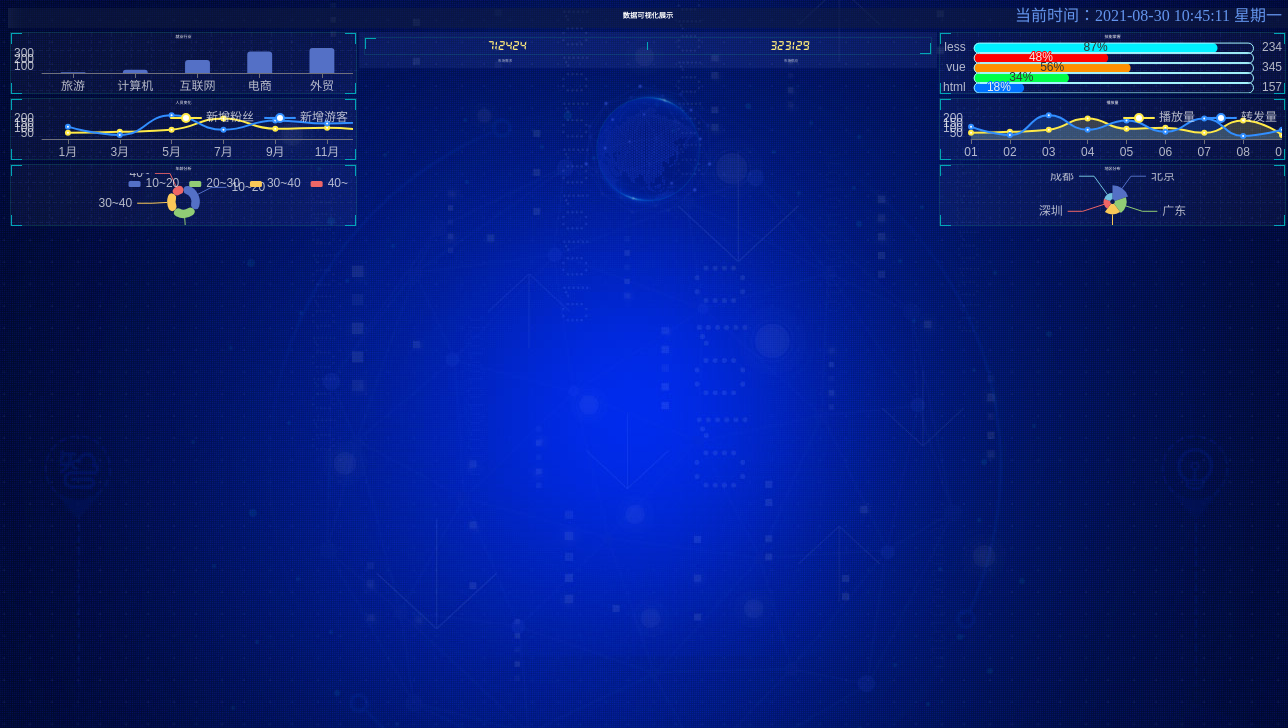
Repository: jiang-1990/DataVM
Page: /
These files come from the project's save history. The page is drawn as it stood at one moment and after the next save; the edit follows.
The browser window is 1280 px wide. The page is 1288 px wide, so the pictures cover 1288 px, including what lies to the right of the window. The pictures show the whole page.
The project was rebuilt for these pictures with package versions that can differ from the ones it lists, and the page was loaded fresh each time.

Above is the page before, as saved 2021-08-30 11:25:47.

After the next save:
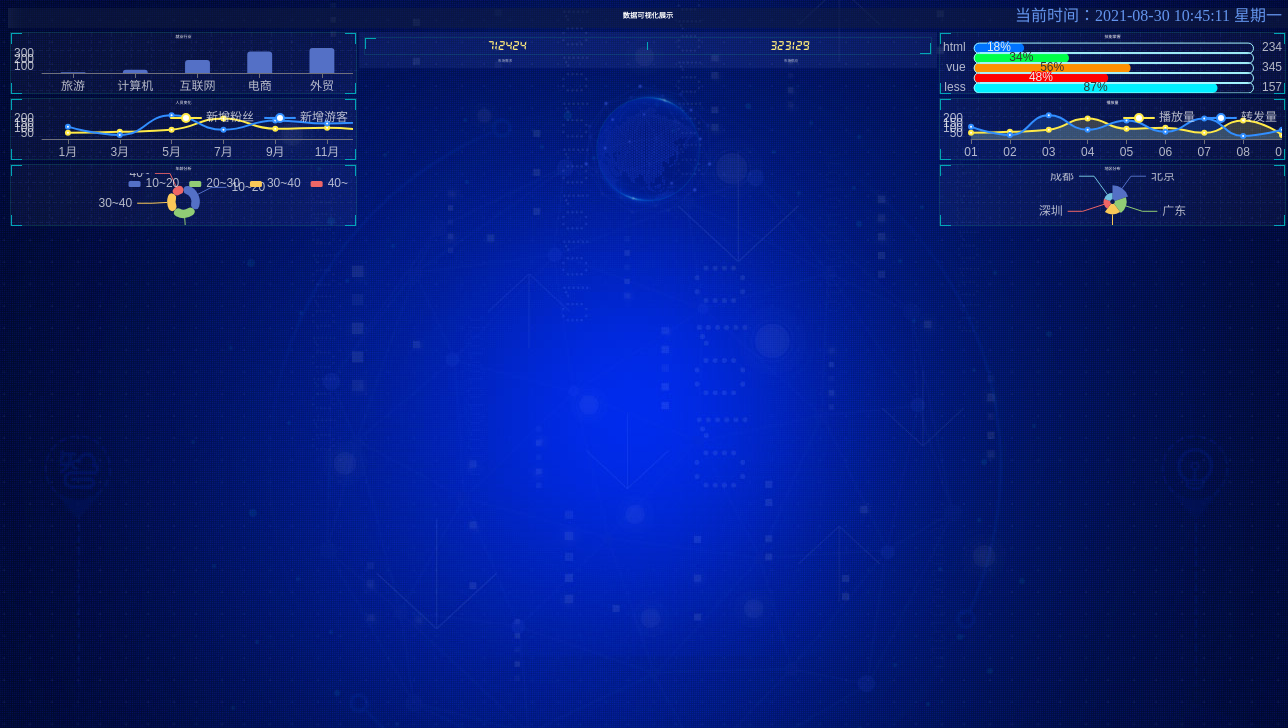
Saved 20 s later.
--- a/src/components/bigScreen.vue
+++ b/src/components/bigScreen.vue
@@ -183,7 +183,7 @@ export default {
         yAxis: [
           {
             type: "category",
-            inverse: false,
+            inverse: true,
             data: ["html", "java", "vue", "css", "less"],
             axisTick: {
               show:false,
